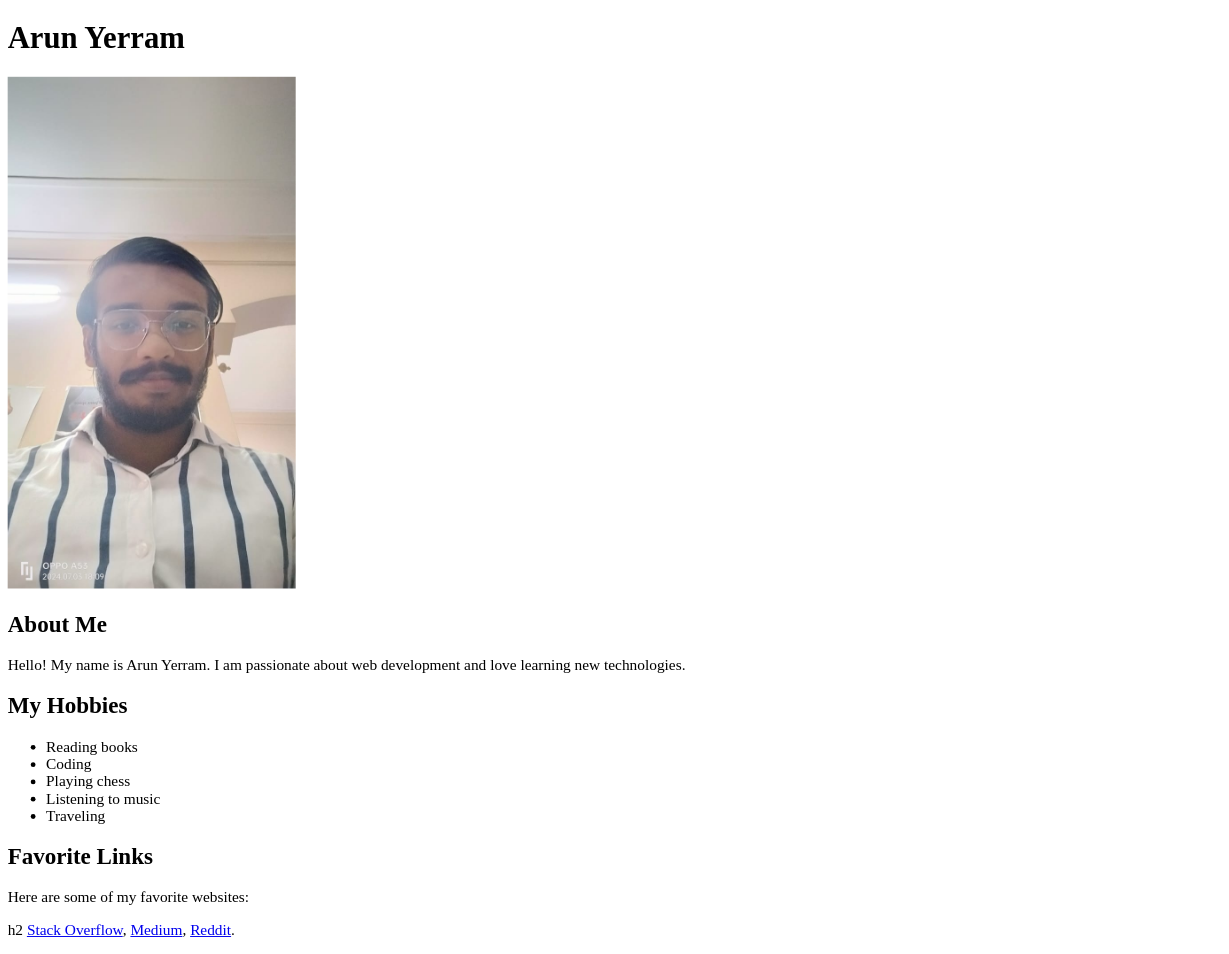
Repository: arunyerram/Web-TEChnologies
Page: Exercise2.html
The author's editor kept a copy of each file at every save. The page is drawn from the files as they stood at one save, then again after a run of saves.
The browser window is 1280 px wide. The pictures show the whole page, at 96% of full size.

Above is the page before, as saved 2025-02-12 17:22:06.

After the next 3 saves:
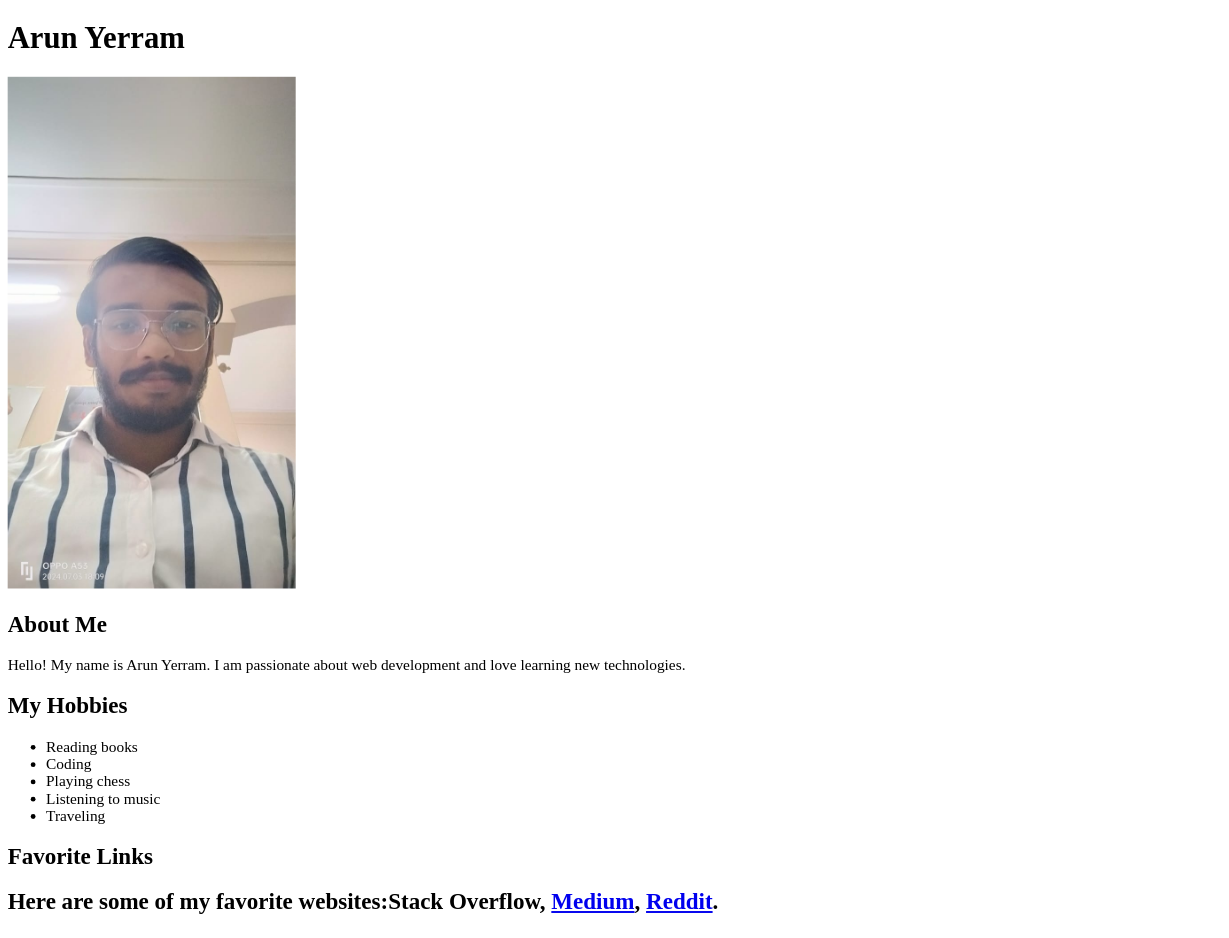
The 3 saves are shown as one change because they came seconds apart.
The last was saved 6 s later.
--- a/Exercise2.html
+++ b/Exercise2.html
@@ -28,7 +28,7 @@
     <h2>Favorite Links</h2>
 
     <p>
-        <h2></h2>Here are some of my favorite websites:</p>h2
+        <h2>Here are some of my favorite websites:</
         <a href="https://www.stackoverflow.com" target="_blank">Stack Overflow</a>,
         <a href="https://www.medium.com" target="_blank">Medium</a>,
         <a href="https://www.reddit.com" target="_blank">Reddit</a>.
